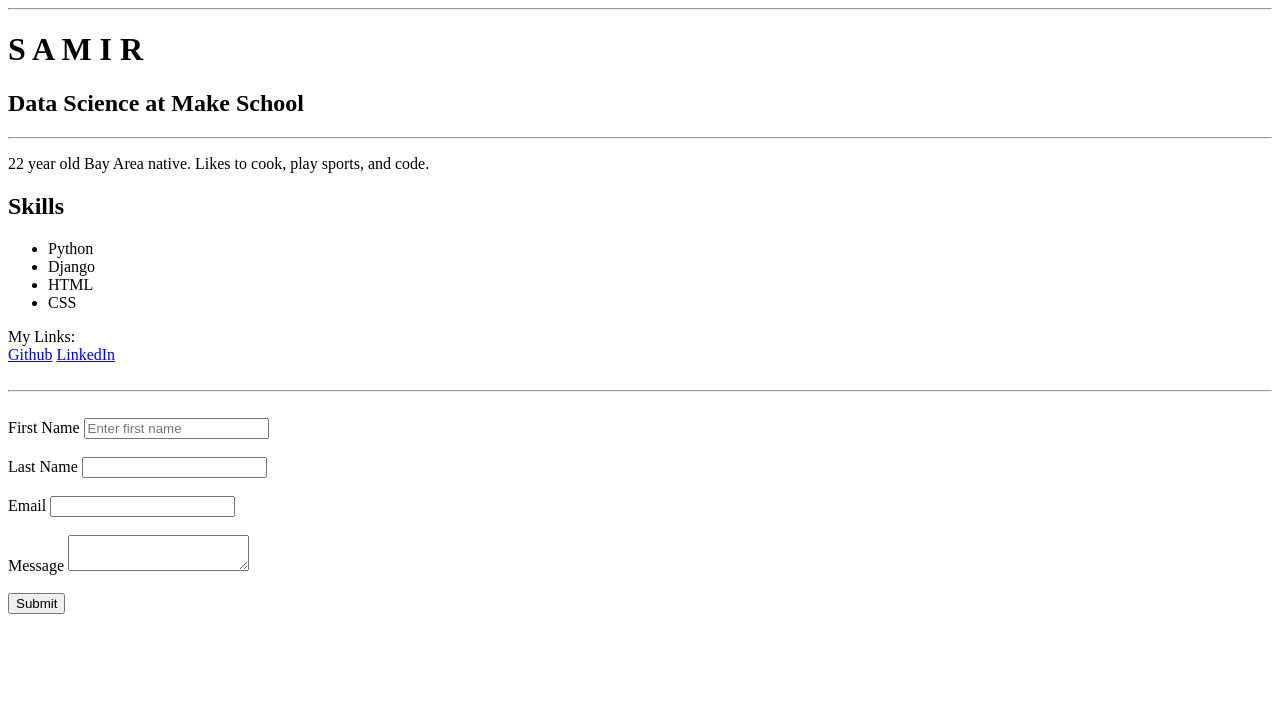
Repository: SamirIngley/html-semantic
Page: index.html
These files come from the project's save history. The page is drawn as it stood at one moment and after the next save; the edit follows.
The browser window is 1280 px wide. The pictures show the whole page.

Above is the page before, as saved 2020-01-23 10:58:03.

After the next save:
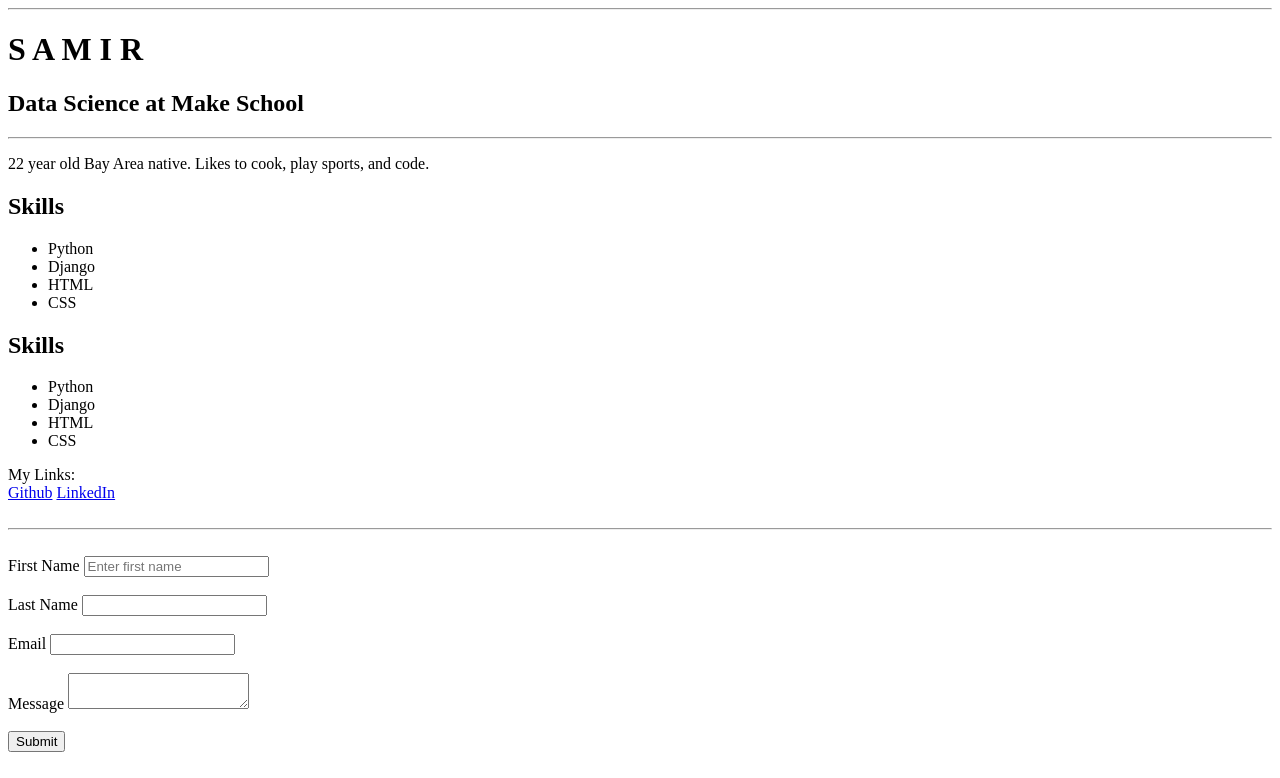
Saved 32 s later.
--- a/index.html
+++ b/index.html
@@ -67,6 +67,17 @@ header -> navbar, main, footer-->
                 <li>CSS</li>
             </ul>
         </article>
+
+        <article>
+            <h2>Skills</h2>
+            <ul>
+                <li>Python</li>
+                <li>Django</li>
+                <li>HTML</li>
+                <li>CSS</li>
+            </ul>
+        </article>
+
         <p>
 
         </p>
